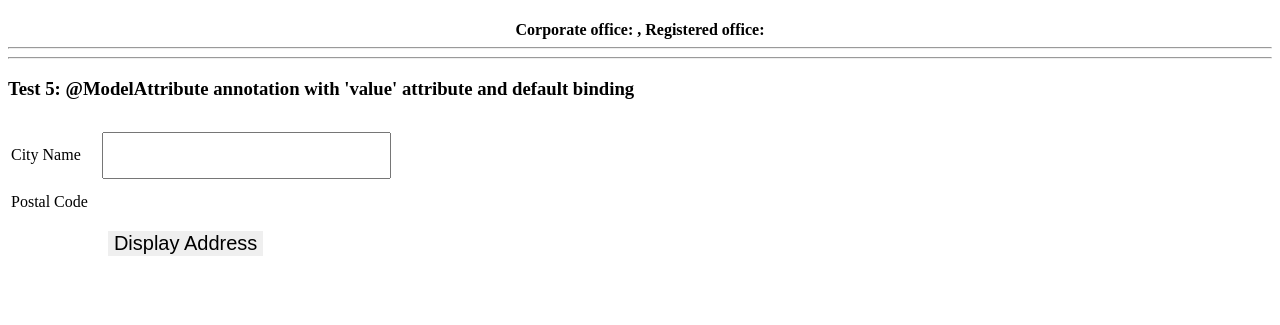
Repository: arrmixer/Java_Spring
Page: http://localhost/spring-mvc-model-attribute-demo/WEB-INF/views/modelAttributeHome.jsp
The author's editor kept a copy of each file at every save. The page is drawn from the files as they stood at one save, then again after the next save.
The browser window is 1280 px wide. The pictures show the whole page.
The page is served by Tomcat 9. Nobody is signed in. Other server files are loaded and not shown. The template is opened directly, without the code that normally fills it, so the values that code supplies are empty.

Above is the page before, as saved 2017-07-25 03:19:14.

### spring-mvc-model-attribute-demo/WebContent/WEB-INF/views/modelAttributeHome.jsp
<%@ page language="java" contentType="text/html; charset=UTF-8"
	pageEncoding="UTF-8"%>
<%@ taglib prefix="form" uri="http://www.springframework.org/tags/form"%>
<!DOCTYPE html PUBLIC "-//W3C//DTD HTML 4.01 Transitional//EN" "http://www.w3.org/TR/html4/loose.dtd">
<html>
<head>
<meta http-equiv="Content-Type" content="text/html; charset=UTF-8">
<title>@ModelAttribute Test Bed</title>
<style>
input[type=text] {
	padding: 10px;
	margin: 10px;
	font-size: 20px
}

input[type=submit] {
	border: none;
	background-color: #4CAF50, color: 16px;
	margin: 16px;
	cursor: pointer;
	font-size: 20px;
}

h1, h2 {
	color: #08298A;
	text-align: center
}
</style>
</head>
<body>
	<div align="Left">
		<h1>${testData1A}</h1>
		<div align="center">
			<b>Corporate office: ${testData3.city} ${testData3.zipcode},</b> <b>
				Registered office: ${address.city} ${address.zipcode}</b>
		</div>
		<hr />

		${testData1B} ${testData2}
		<hr />
		<form:form action="modelAttributeTest5">
			<h3>Test 5: @ModelAttribute annotation with 'value' attribute
				and default binding</h3>
			<table>
				<tr>
					<td><form:label path="city">City Name</form:label></td>
					<td><form:input path="city" /></td>
				</tr>
				<tr>
					<td><form:label path="zipcode">Postal Code</form:label></td>
					<td><form:label path="zipcode" /></td>
				</tr>
				<tr>
					<td></td>
					<td><input type="submit" value="Display Address" /></td>
				</tr>
			</table>
		</form:form>
	</div>
</body>
</html>

After the next save:
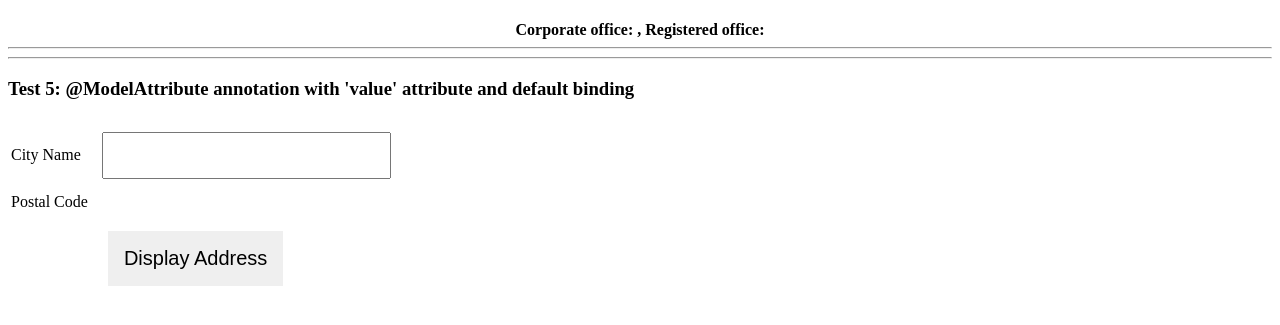
Saved 2 min 1 s later.
--- a/spring-mvc-model-attribute-demo/WebContent/WEB-INF/views/modelAttributeHome.jsp
+++ b/spring-mvc-model-attribute-demo/WebContent/WEB-INF/views/modelAttributeHome.jsp
@@ -15,7 +15,9 @@
 
 input[type=submit] {
 	border: none;
-	background-color: #4CAF50, color: 16px;
+	background-color: #4CAF50,
+	color: 16px;
+	padding: 16px;
 	margin: 16px;
 	cursor: pointer;
 	font-size: 20px;
